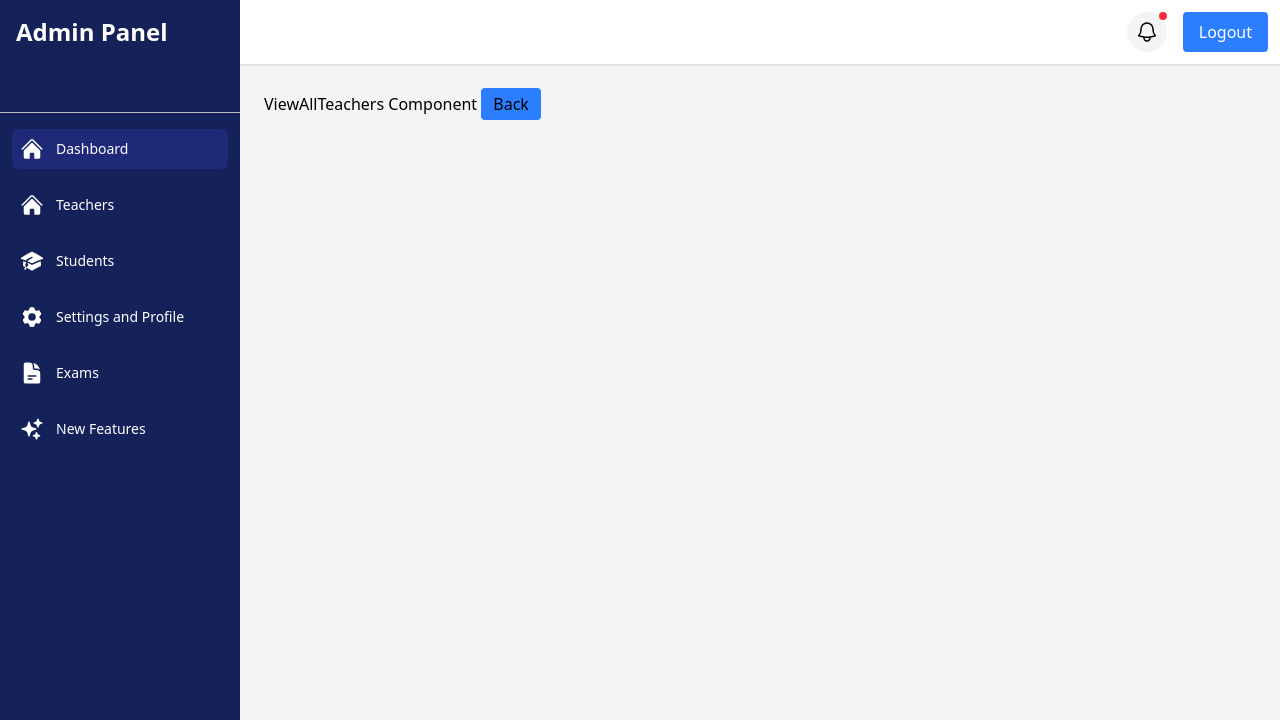
Repository: rahulhr71/AiExam
Page: /dashboard (app in admin/), after clicking the first element matching `div.rounded-lg`
An editor plug-in stored every save of this project. The page is shown before and after the next save, followed by the edit.
The browser window is 1280 px wide. The pictures show the whole page.
The page's requests for data from a server got no answer. The project was rebuilt for these pictures with package versions that can differ from the ones it lists, and the page was loaded fresh each time. No one was signed in, and anything a server would have sent is missing. Also part of the build but not shown: admin/vite.config.js, admin/src/pages/Login.jsx, admin/src/components/AddTeachers.jsx.

Above is the page before, as saved 2025-08-07 10:38:49.

After the next save:
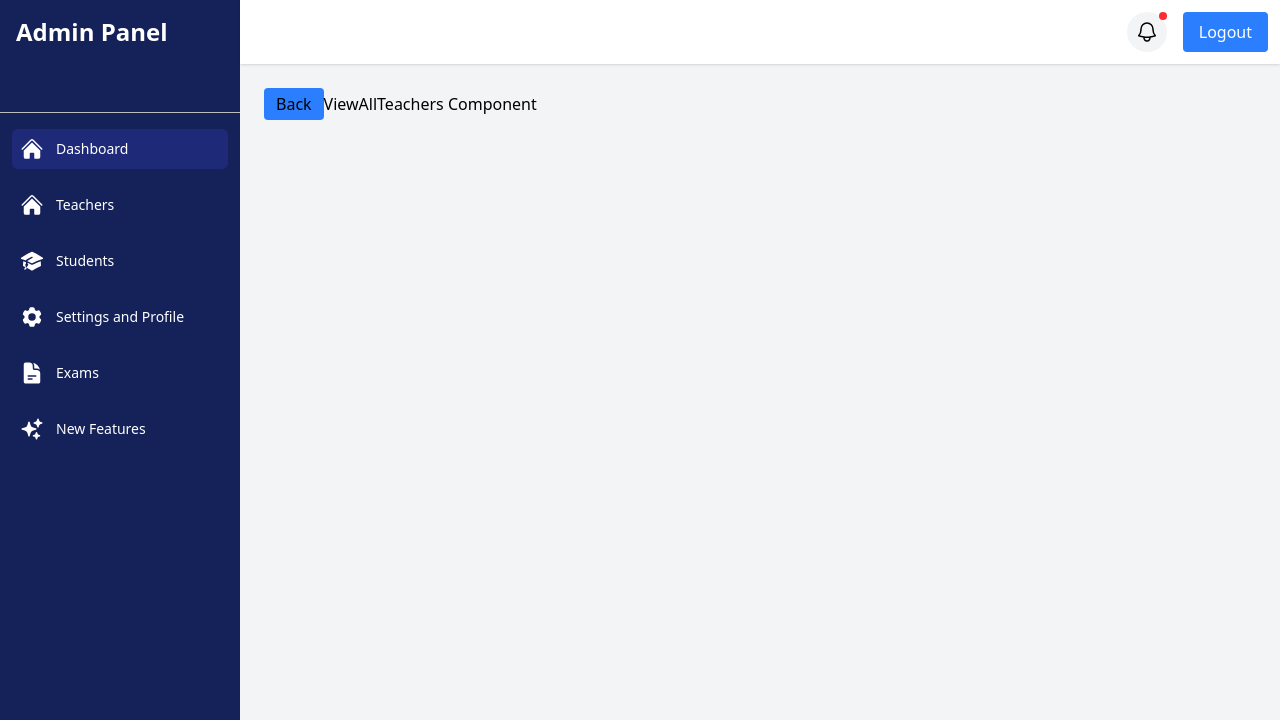
Saved 31 s later.
--- a/admin/src/pages/Dashboard.jsx
+++ b/admin/src/pages/Dashboard.jsx
@@ -43,7 +43,7 @@ const Dashboard = () => {
       case 'addClass':
         return <div>AddClass Component</div>;
       case 'viewTeachers':
-        return <div>ViewAllTeachers Component <button onClick={()=>setActiveComponent('')} className='bg-blue-500 px-3 py-1 rounded-sm'>Back</button></div>;
+        return <div> <button onClick={()=>setActiveComponent('')} className='bg-blue-500 px-3 py-1 rounded-sm'>Back</button>ViewAllTeachers Component</div>;
       case 'viewStudents':
         return <div>ViewAllStudents Component</div>;
       case 'viewClasses':
